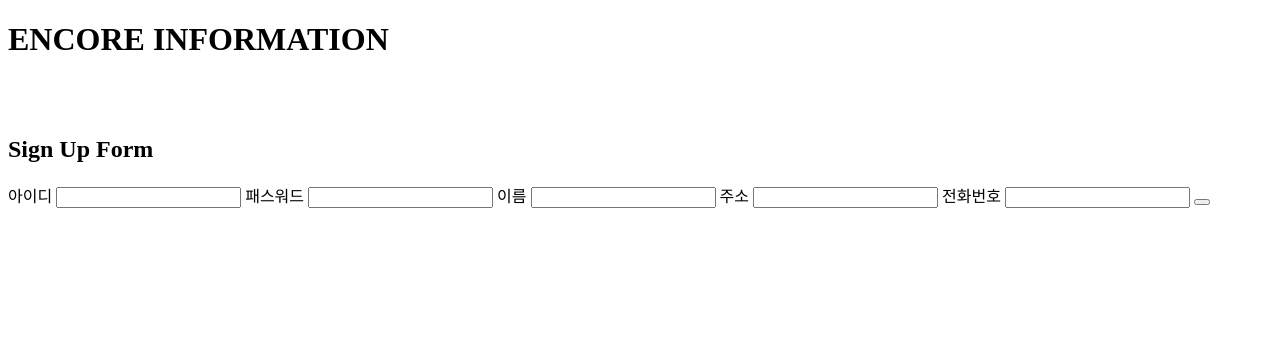
Repository: KangHoi/encore_vueWorkspace
Page: vue03_Event/WebContent/vue10_example.html
An editor plug-in stored every save of this project. The page is shown before and after the next save, followed by the edit.
The browser window is 1280 px wide. The pictures show the whole page.

Above is the page before, as saved 2021-07-13 00:45:02.

### vue03_Event/WebContent/vue10_example.html
<!DOCTYPE html>
<html>
<head>
<meta charset="UTF-8">
<title>Insert title here</title>
<script src="https://cdn.jsdelivr.net/npm/vue/dist/vue.js"></script>
</head>
<body>

	<h1> ENCORE INFORMATION </h1>
	<br><br>
	<h2> Sign Up Form </h2>
	아이디 <input type="text">
	패스워드 <input type="text">
	이름 <input type="text">
	주소 <input type="text">
	전화번호 <input type="text">
	<button value="사원추가"></button>

<script>

</script>
</body>
</html>

After the next save:
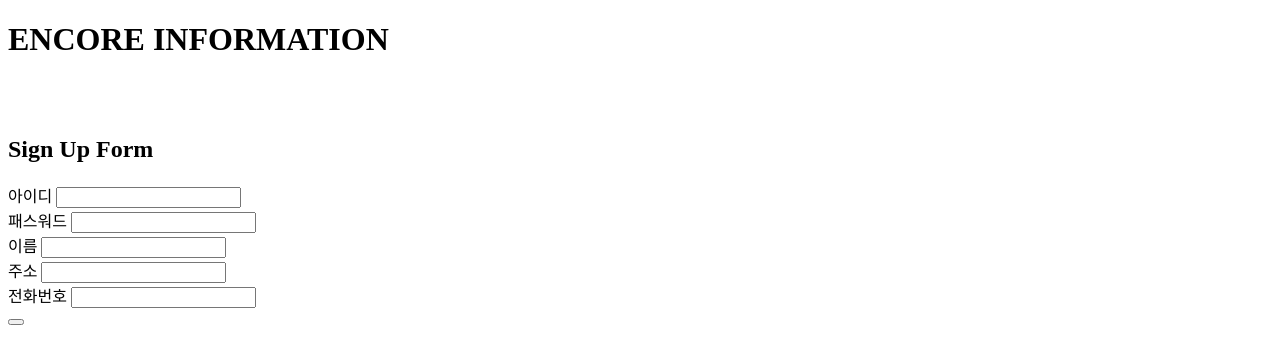
Saved 22 s later.
--- a/vue03_Event/WebContent/vue10_example.html
+++ b/vue03_Event/WebContent/vue10_example.html
@@ -10,11 +10,11 @@
 	<h1> ENCORE INFORMATION </h1>
 	<br><br>
 	<h2> Sign Up Form </h2>
-	아이디 <input type="text">
-	패스워드 <input type="text">
-	이름 <input type="text">
-	주소 <input type="text">
-	전화번호 <input type="text">
+	아이디 <input type="text"><br>
+	패스워드 <input type="text"><br>
+	이름 <input type="text"><br>
+	주소 <input type="text"><br>
+	전화번호 <input type="text"><br>
 	<button value="사원추가"></button>
 
 <script>
